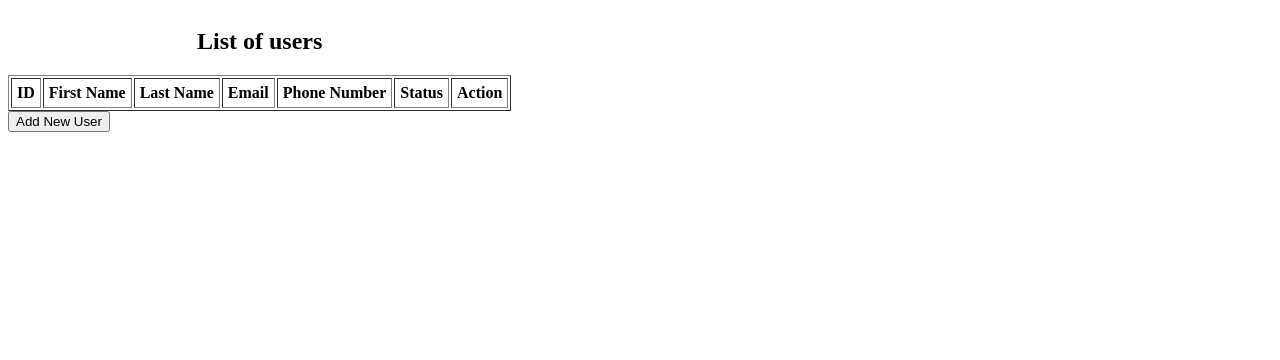
Repository: aniketaag/Test-Application
Page: http://localhost/evolent/WEB-INF/views/user_list.jsp
An editor plug-in stored every save of this project. The page is shown before and after the next save, followed by the edit.
The browser window is 1280 px wide. The pictures show the whole page.
The page is served by Tomcat 9. Nobody is signed in. The template is opened directly, without the code that normally fills it, so the values that code supplies are empty.

Above is the page before, as saved 2020-01-18 15:48:01.

After the next save:
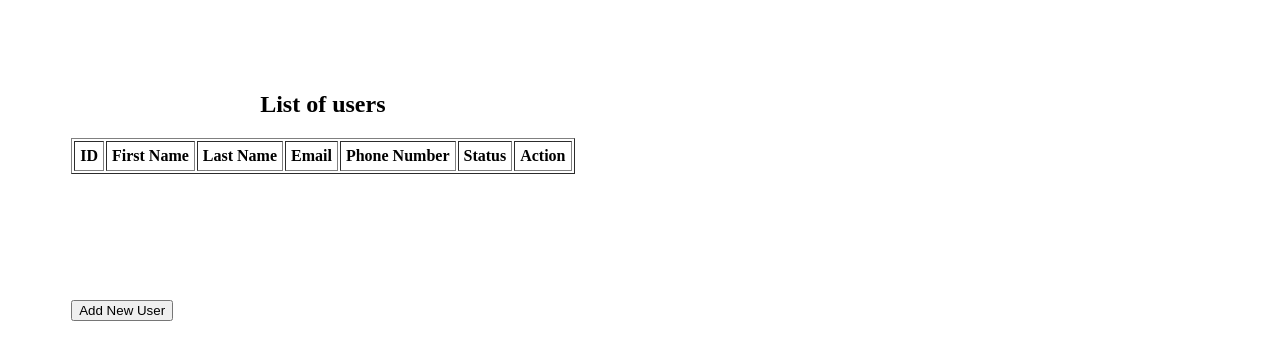
Saved 20 s later.
--- a/evolent/src/main/webapp/WEB-INF/views/user_list.jsp
+++ b/evolent/src/main/webapp/WEB-INF/views/user_list.jsp
@@ -10,7 +10,7 @@
 <title>List Users Records</title>
 <style>
 div{
-	padding:5x;
+	padding:5%;
 }
 </style>
 </head>
